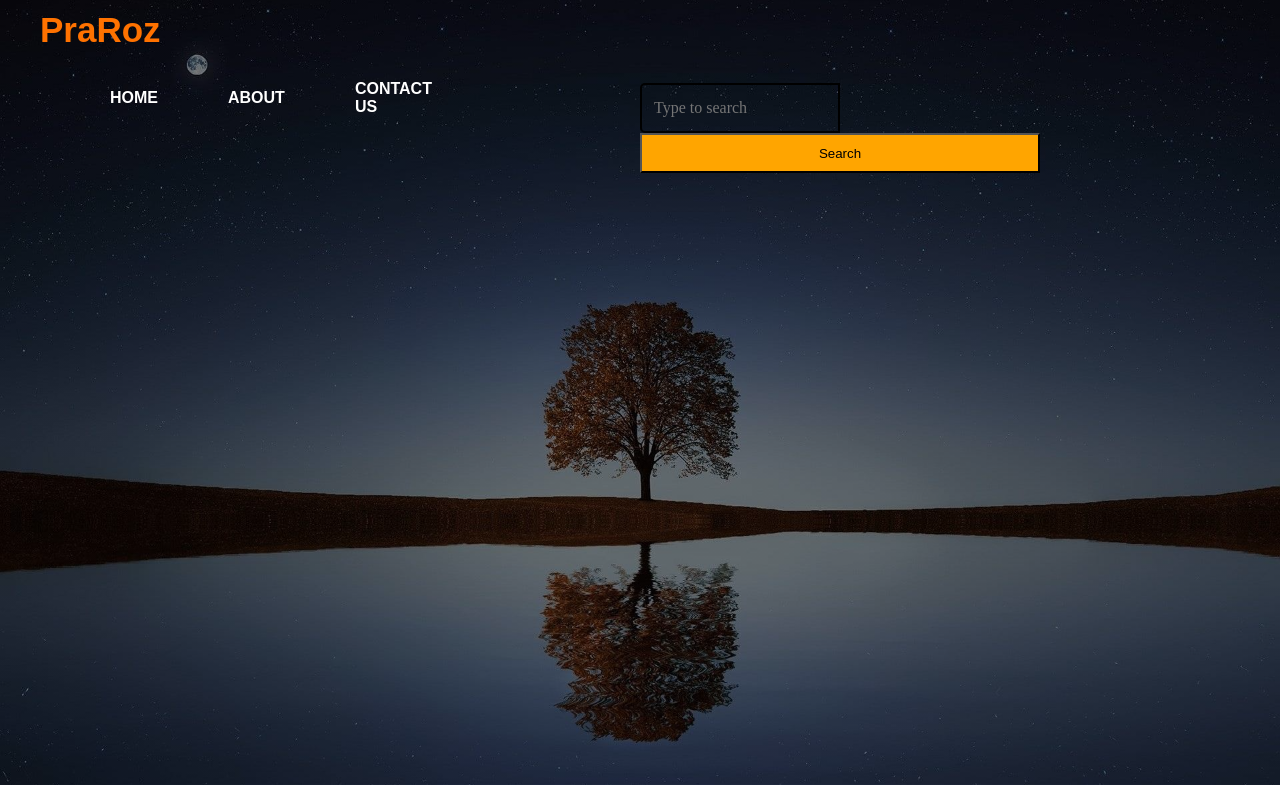
Repository: Cedrqmwesigwa/web-design-course
Page: index.html
The author's editor kept a copy of each file at every save. The page is drawn from the files as they stood at one save, then again after a run of saves.
The browser window is 1280 px wide. The pictures show the whole page.

Above is the page before, as saved 2024-04-03 20:13:59.

After the next 3 saves:
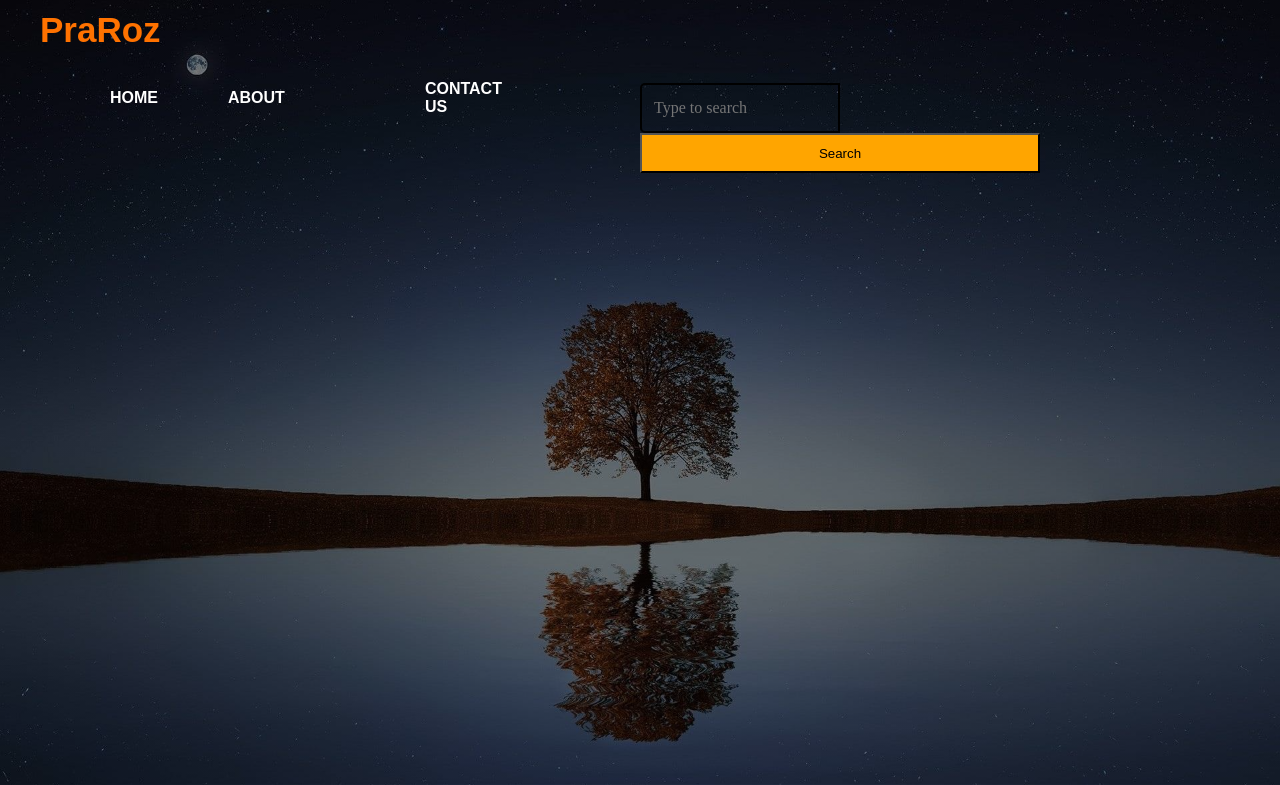
The 3 saves are shown as one change because they came seconds apart.
The last was saved 16 s later.
--- a/index.html
+++ b/index.html
@@ -14,6 +14,7 @@
                 <ul>
                     <li><a href="#">HOME</a></li>
                     <li><a href="#">ABOUT</a></li>
+                    <li><a href="#"></a></li>
                     <li><a href="#">CONTACT US</a></li>
                 </ul>
             </div>
